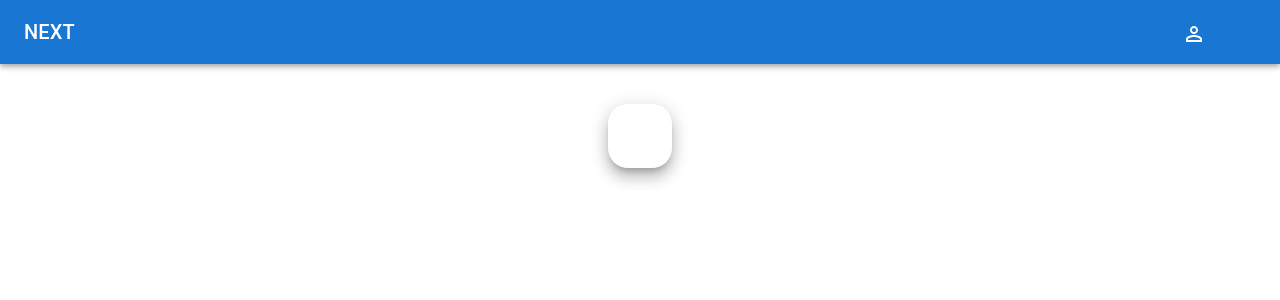
Repository: raghav-pant17/next-frontend
Page: /
An editor plug-in stored every save of this project. The page is shown before and after the next save, followed by the edit.
The browser window is 1280 px wide. The pictures show the whole page.
The page's requests for data from a server got no answer. The project was rebuilt for these pictures with package versions that can differ from the ones it lists, and the page was loaded fresh each time. No one was signed in, and anything a server would have sent is missing. Also part of the build but not shown: src/components/Card.js, src/components/plandetails.js, src/pages/grid.js, src/components/Modal.js, src/pages/Home/CarouselDesign.css, src/components/Cards/SilverPlan.js, src/components/Cards/GoldPlan.js, src/components/Cards/PlatinumPlan.js and 8 more.

Above is the page before, as saved 2023-10-07 16:24:39.

After the next save:
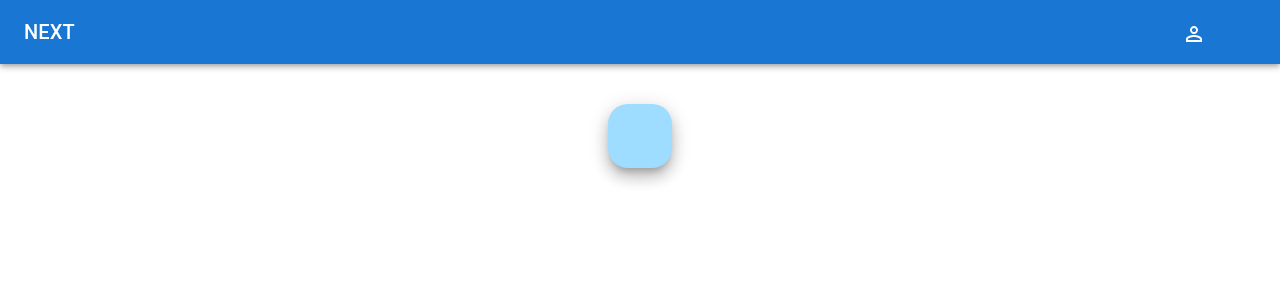
Saved 103 s later.
--- a/src/pages/Home/CarouselDesign.js
+++ b/src/pages/Home/CarouselDesign.js
@@ -27,15 +27,11 @@
   top: "50%",
   left: "50%",
   // transform: 'translate(-50%, -50%)',
-
-
-  background: 'none',
+  bgcolor: "background.paper",
   boxShadow: 10,
   borderRadius: 5,
   p: 4,
-
-  // color: 'white'
-  // backgroundColor: '#9EDDFF'
+  backgroundColor: "#9EDDFF",
   // zIndex: -1,
 };
 
